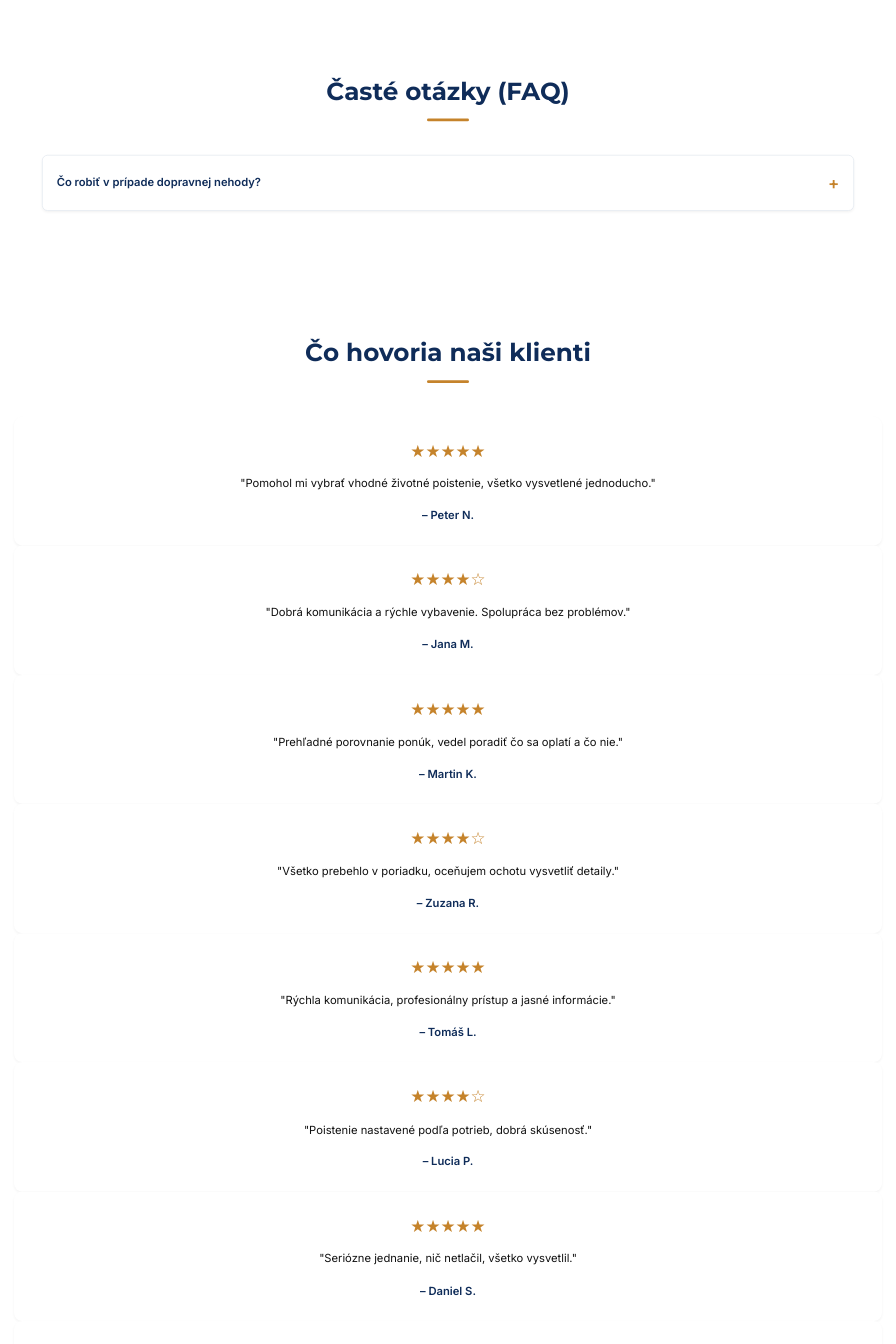
Repository: IvanK03/personal_web
Page: web/index.html
The author's editor kept a copy of each file at every save. The page is drawn from the files as they stood at one save, then again after the next save.
The browser window is 1280 px wide. The pictures show the part of the page from y = 2526 to 4446 px (the page is 7525 px tall before and 7716 px after), at 70% of full size.
A picture or video elsewhere on the page could not be fetched, so the positions and the page height are approximate.

Above is the page before, as saved 2026-03-14 17:50:56.

After the next save:
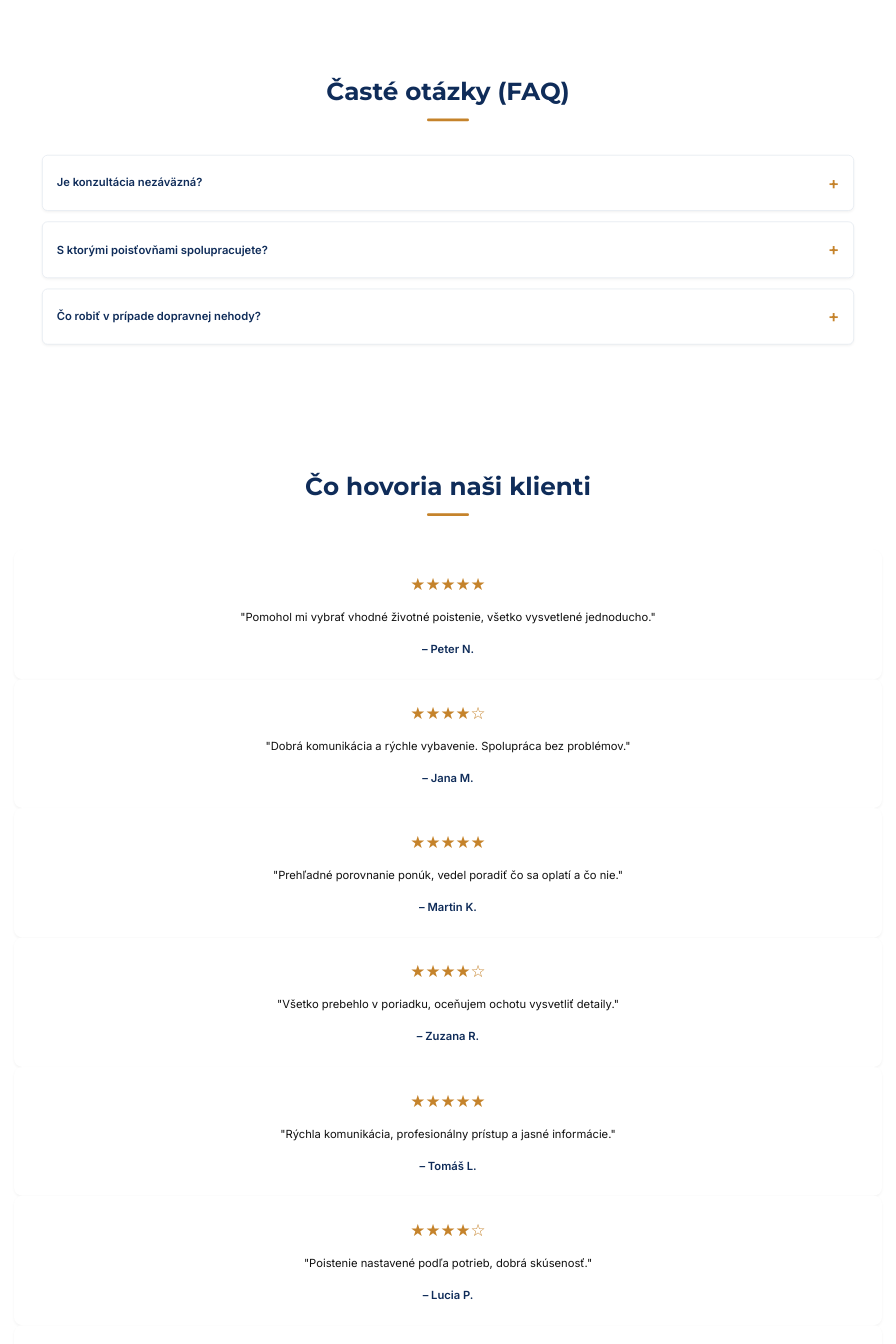
Saved 3 min 55 s later.
--- a/web/index.html
+++ b/web/index.html
@@ -203,6 +203,14 @@
         <section id="faq">
             <h2>Časté otázky (FAQ)</h2>
             <details>
+                <summary>Je konzultácia nezáväzná?</summary>
+                <p>Áno, úvodná konzultácia je úplne nezáväzná. Najprv spolu prejdeme vašu situáciu a možnosti, až potom sa rozhodnete, ako ďalej.</p>
+            </details>
+            <details>
+                <summary>S ktorými poisťovňami spolupracujete?</summary>
+                <p>Spolupracujeme so všetkými poisťovňami na slovenskom trhu. Vďaka tomu vieme porovnať ponuky a odporučiť riešenie, ktoré najlepšie sedí Vašim potrebám.</p>
+            </details>
+            <details>
                 <summary>Čo robiť v prípade dopravnej nehody?</summary>
                 <p>Zachovajte pokoj, zabezpečte miesto nehody a skontrolujte zranenia. Ak je to nutné, volajte záchranné zložky (112). Pri väčšej škode alebo zranení je potrebné privolať políciu. Následne vyplňte správu, v prípade nejasností nás kontaktujte na čísle +421 911 620 323 alebo +421 911 032 103 – pomôžeme vám s nahlásením poistnej udalosti.</p>
             </details>
